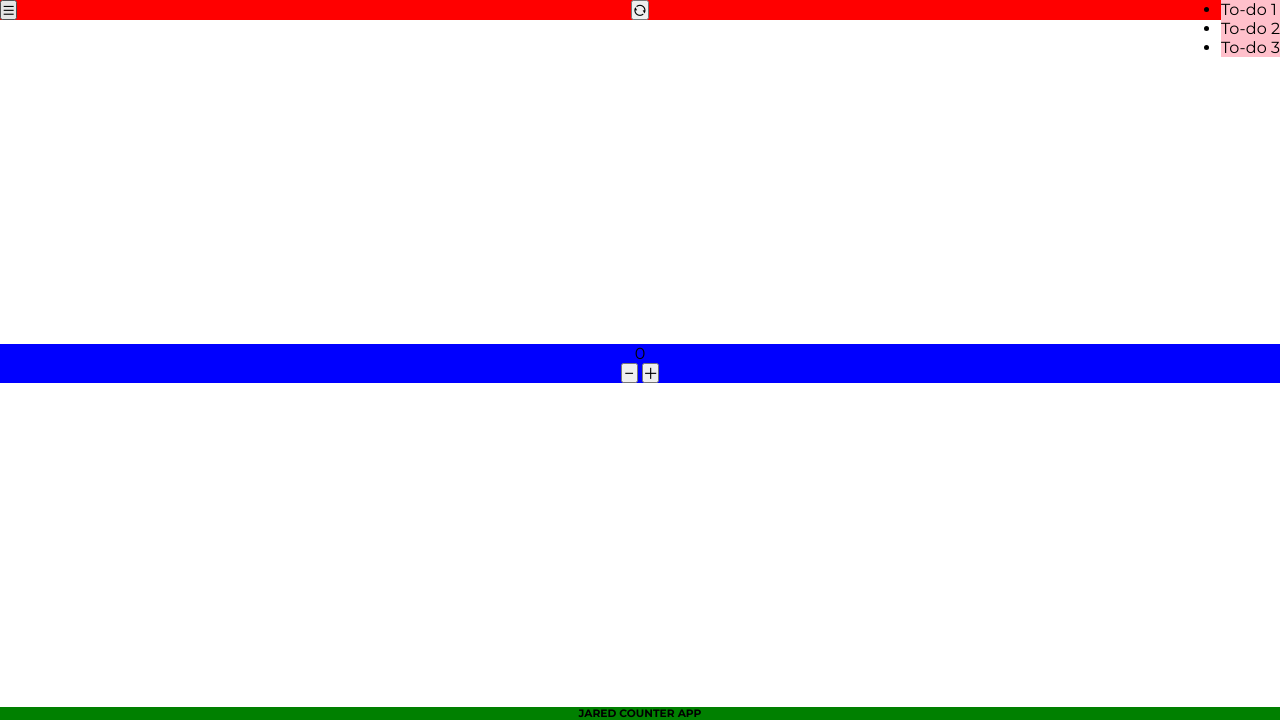
Repository: EguJaredoBoyd/Jared-Counter-App
Page: index.html
These files come from the project's save history. The page is drawn as it stood at one moment and after the next save; the edit follows.
The browser window is 1280 px wide. The pictures show the whole page.
After loading, the first visible `#toggle-button` was clicked once.

Above is the page before, as saved 2025-11-17 22:51:33.

After the next save:
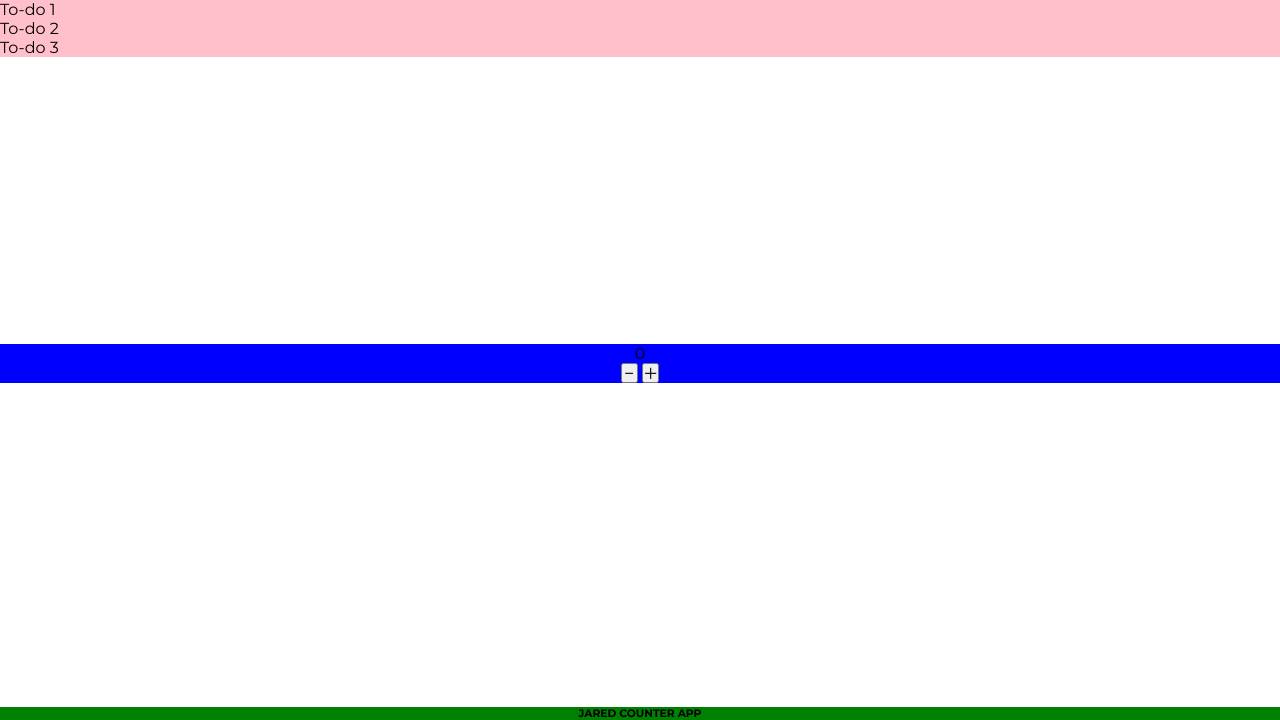
Saved 21 s later.
--- a/style.css
+++ b/style.css
@@ -33,7 +33,8 @@ header {
     display: block;
     position: absolute;
     top: 0;
-    right: 0
+    right: 0;
+    left: 0;
 }
 
 main {
